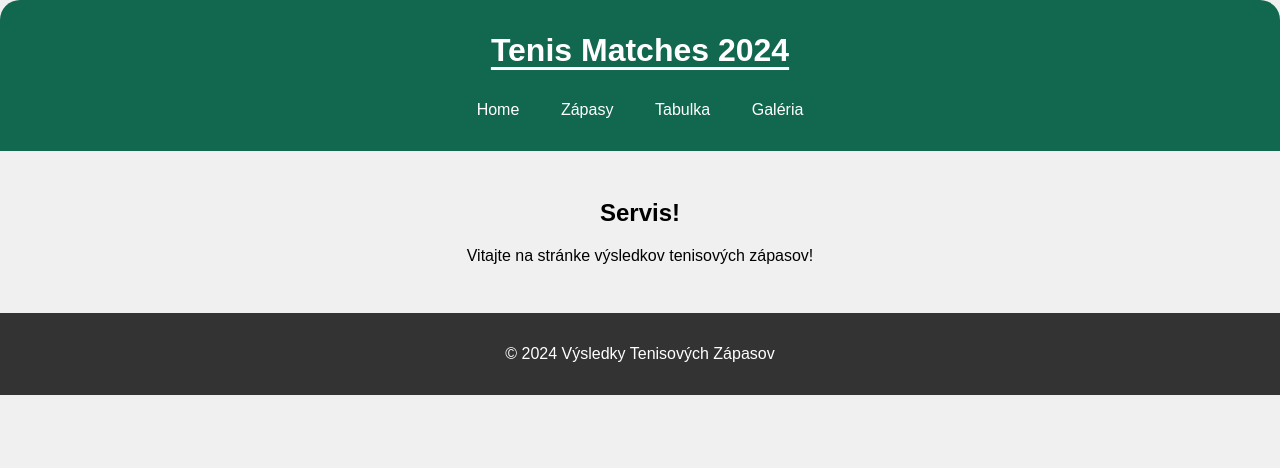
Repository: Badynko/tenis
Page: index.html
These files come from the project's save history. The page is drawn as it stood at one moment and after the next save; the edit follows.
The browser window is 1280 px wide. The pictures show the whole page.

Above is the page before, as saved 2024-07-20 19:55:30.

After the next save:
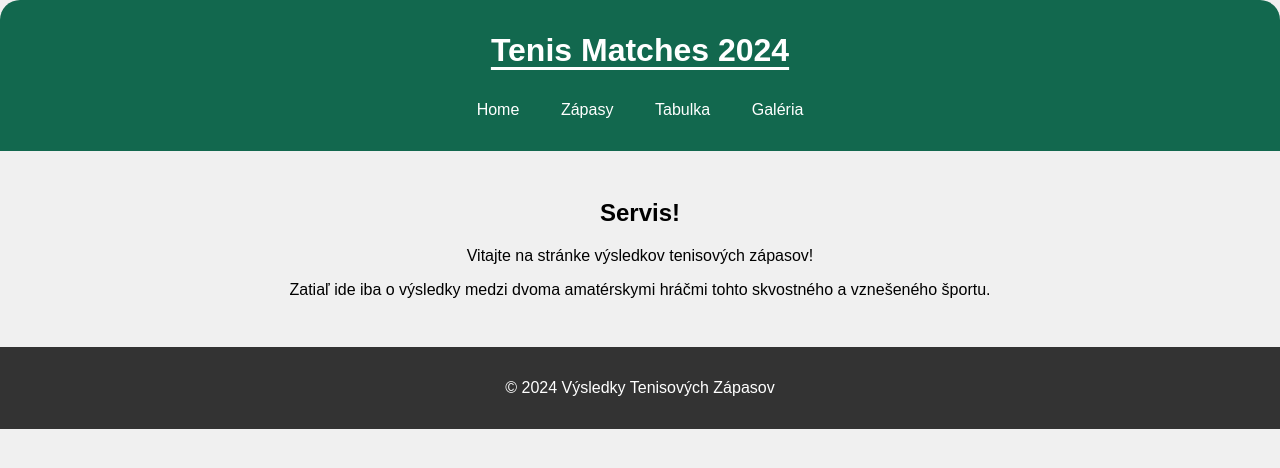
Saved 2 min 52 s later.
--- a/index.html
+++ b/index.html
@@ -22,6 +22,11 @@
       <section id="home">
         <h2>Servis!</h2>
         <p>Vitajte na stránke výsledkov tenisových zápasov!</p>
+
+        <p>
+          Zatiaľ ide iba o výsledky medzi dvoma amatérskymi hráčmi tohto
+          skvostného a vznešeného športu.
+        </p>
       </section>
     </main>
     <footer>
